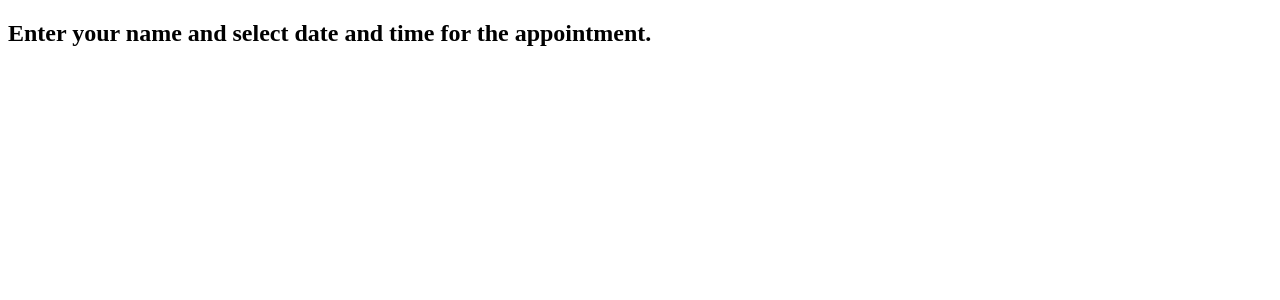
Repository: haitranduc4270/Book_store
Page: http://localhost/P3_Lab05_framework/Lab hằng tuần/Lab2.2/Exercise_DateTime/DateTime.php
These files come from the project's save history. The page is drawn as it stood at one moment and after the next save; the edit follows.
The browser window is 1280 px wide. The pictures show the whole page.
The page is run by PHP 8.4 with error messages shown; the project is at /var/www/html/.

Above is the page before, as saved 2022-04-24 23:41:02.

After the next save:
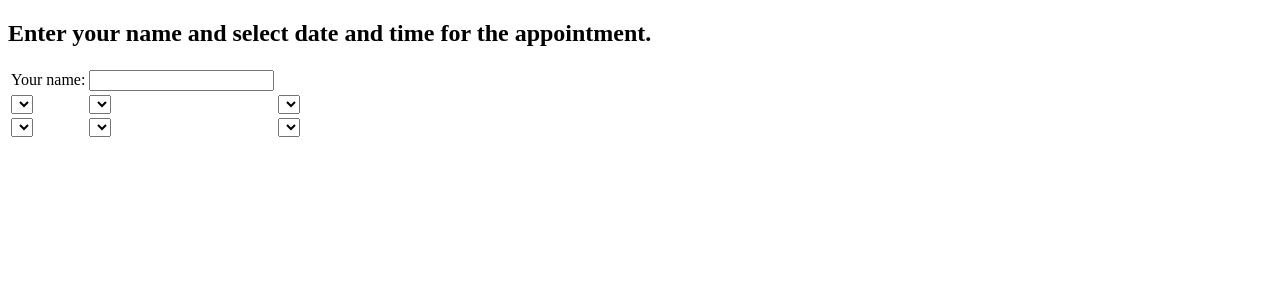
Saved 8 h 6 min later.
--- a/Lab hằng tuần/Lab2.2/Exercise_DateTime/DateTime.php
+++ b/Lab hằng tuần/Lab2.2/Exercise_DateTime/DateTime.php
@@ -1,16 +1,34 @@
 <!DOCTYPE html>
 <html lang="en">
-    <head>
-        <meta charset="UTF-8" />
-        <meta http-equiv="X-UA-Compatible" content="IE=edge" />
-        <meta name="viewport" content="width=device-width, initial-scale=1.0" />
-        <title>Date Time</title>
-    </head>
-    <body>
-        <h2>Enter your name and select date and time for the appointment.</h2>
 
-        <form action="DateTime.php" method="post">
-            <table></table>
-        </form>
-    </body>
+<head>
+    <meta charset="UTF-8" />
+    <meta http-equiv="X-UA-Compatible" content="IE=edge" />
+    <meta name="viewport" content="width=device-width, initial-scale=1.0" />
+    <title>Date Time</title>
+</head>
+
+<body>
+    <h2>Enter your name and select date and time for the appointment.</h2>
+
+    <form action="" method="post">
+        <table>
+            <tr>
+                <td>Your name:</td>
+                <td><input type="text" name="name" id="name"></td>
+            </tr>
+            <tr>
+                <td><select name="date" id="date"></select></td>
+                <td><select name="month" id="month"></select></td>
+                <td><select name="year" id="year"></select></td>
+            </tr>
+            <tr>
+                <td><select name="hour" id="hour"></select></td>
+                <td><select name="minute" id="minute"></select></td>
+                <td><select name="second" id="second"></select></td>
+            </tr>
+        </table>
+    </form>
+</body>
+
 </html>
